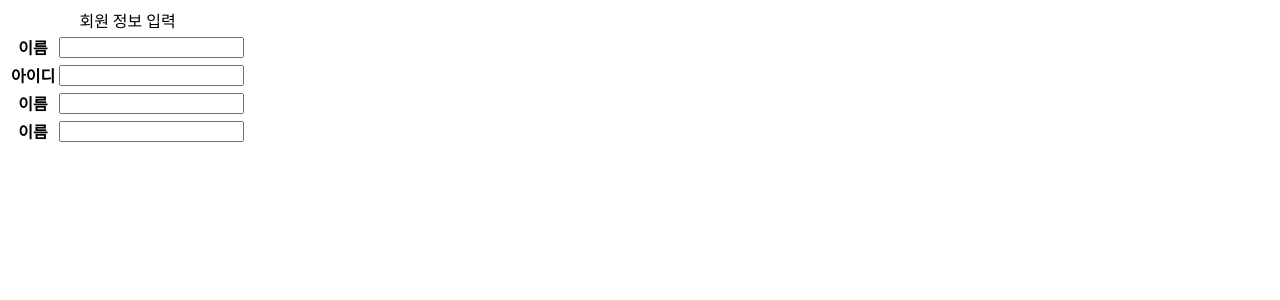
Repository: Heo-sh/Web_Development
Page: http://localhost/Ex_0418_Member/member_register.jsp
These files come from the project's save history. The page is drawn as it stood at one moment and after the next save; the edit follows.
The browser window is 1280 px wide. The pictures show the whole page.
The page is served by Tomcat 9.

Above is the page before, as saved 2023-04-18 07:27:37.

After the next save:
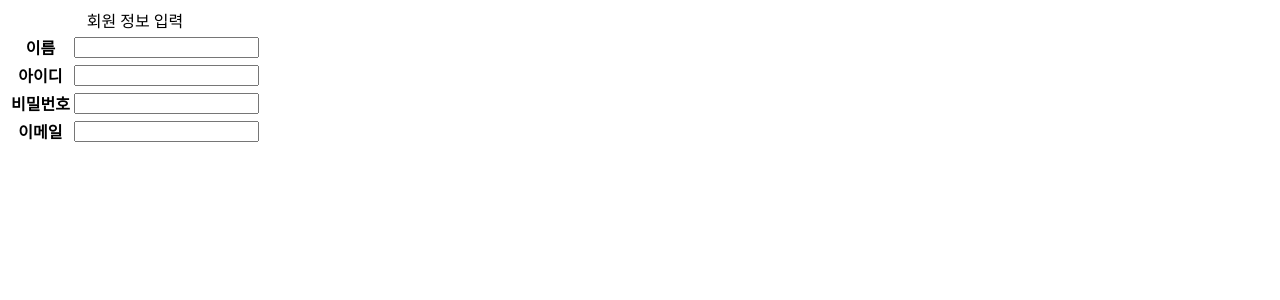
Saved 11 s later.
--- a/Ex_0418_Member/WebContent/member_register.jsp
+++ b/Ex_0418_Member/WebContent/member_register.jsp
@@ -23,13 +23,13 @@
 				</td>
 			</tr>
 			<tr>
-				<th>이름</th>
+				<th>비밀번호</th>
 				<td>
 					<input name="pw">
 				</td>
 			</tr>
 			<tr>
-				<th>이름</th>
+				<th>이메일</th>
 				<td>
 					<input name="email">
 				</td>
